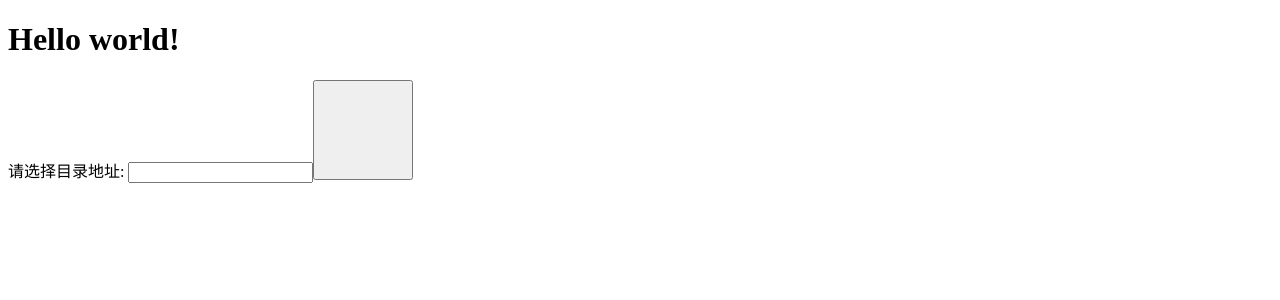
Repository: cjl1828103646/G25
Page: sqsx1/WebContent/index.html
These files come from the project's save history. The page is drawn as it stood at one moment and after the next save; the edit follows.
The browser window is 1280 px wide. The pictures show the whole page.

Above is the page before, as saved 2023-06-26 11:55:59.

### sqsx1/WebContent/index.html
<!DOCTYPE html>
<html>
<head>
<meta charset="UTF-8">
<title>Insert title here</title>
</head>
<body>
<h1>Hello world!</h1>
<p>请选择目录地址:  <input type="text"><button id=bt1 style="height:100px;width:100px;"></button></p>
</body>
</html>

After the next save:
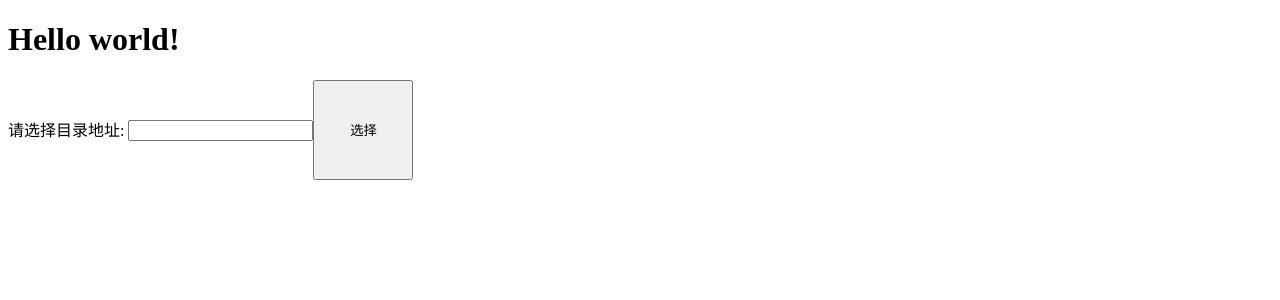
Saved 56 s later.
--- a/sqsx1/WebContent/index.html
+++ b/sqsx1/WebContent/index.html
@@ -6,6 +6,6 @@
 </head>
 <body>
 <h1>Hello world!</h1>
-<p>请选择目录地址:  <input type="text"><button id=bt1 style="height:100px;width:100px;"></button></p>
+<p>请选择目录地址:  <input type="text"><button id=bt1 style="height:100px;width:100px;">选择</button></p>
 </body>
 </html>
